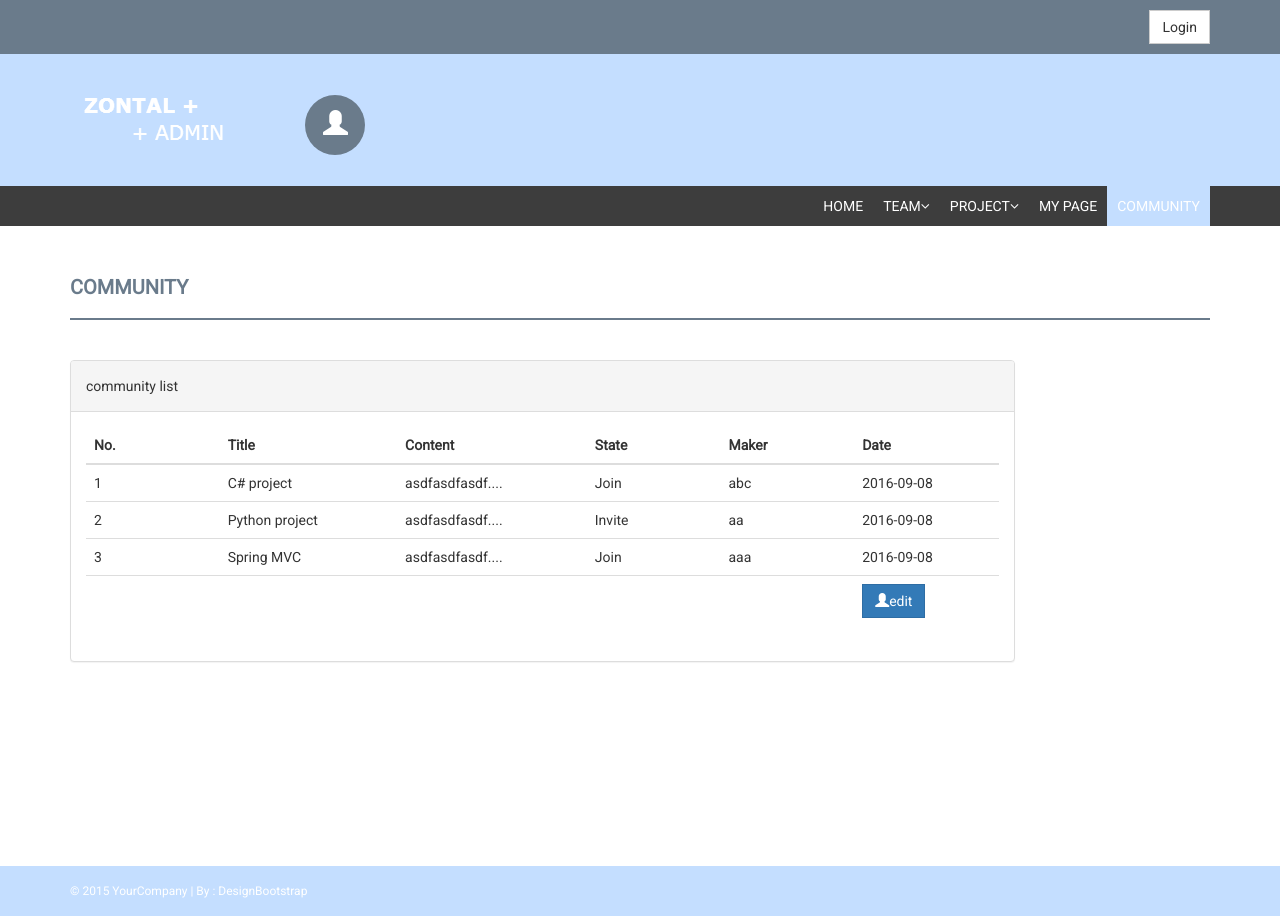
Repository: hwju91/skuniv
Page: http://localhost/0903.2/WEB-INF/jsp/community/communityselect.jsp
These files come from the project's save history. The page is drawn as it stood at one moment and after the next save; the edit follows.
The browser window is 1280 px wide. The pictures show the whole page.
The page is served by Tomcat 9. Nobody is signed in. The template is opened directly, without the code that normally fills it, so the values that code supplies are empty.

Above is the page before, as saved 2016-09-08 12:14:08.

After the next save:
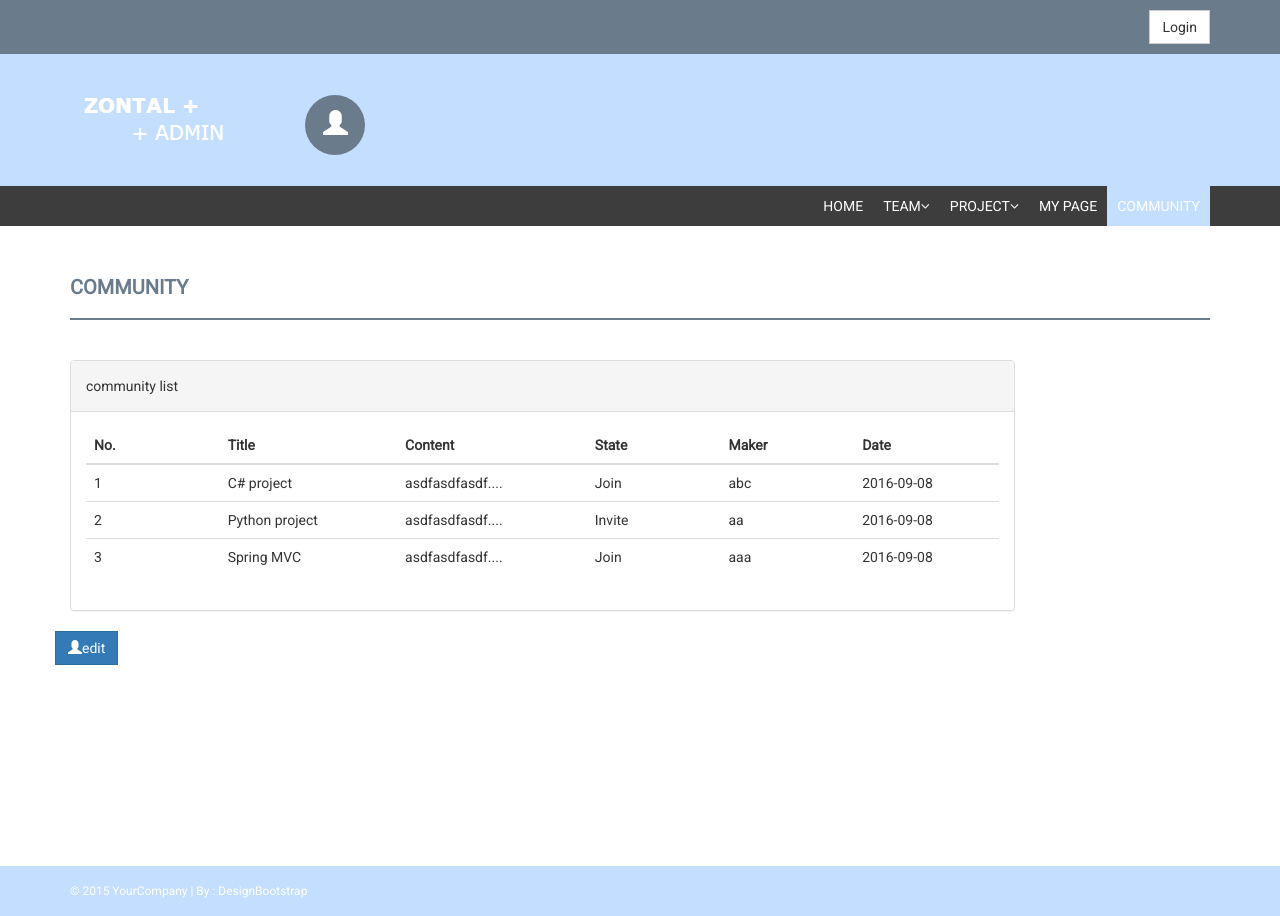
Saved 50 s later.
--- a/0903.2/WebContent/WEB-INF/jsp/community/communityselect.jsp
+++ b/0903.2/WebContent/WEB-INF/jsp/community/communityselect.jsp
@@ -57,15 +57,7 @@
                                             <td>aaa</td>
                                             <td>2016-09-08
                                         </tr>
-                                        <tr>
-                                            <td></td>
-                                            <td></td>
-                                            <td></td>
-                                            <td></td>
-                                            <td></td>
-                                            <td><a class="btn btn-primary" href="#"><span class="glyphicon glyphicon-user"></span>edit</a></td>
 
-                                        </tr>
                                     </tbody>
                                 </table>
                             </div>
@@ -74,6 +66,9 @@
                       <!-- End  Basic Table  -->
                 </div>
 			</div>
+			<div class="row">
+			<a class="btn btn-primary" href="#"><span class="glyphicon glyphicon-user"></span>edit</a>
+			</div>
 
 
 <jsp:include page="../footer.jsp" />
